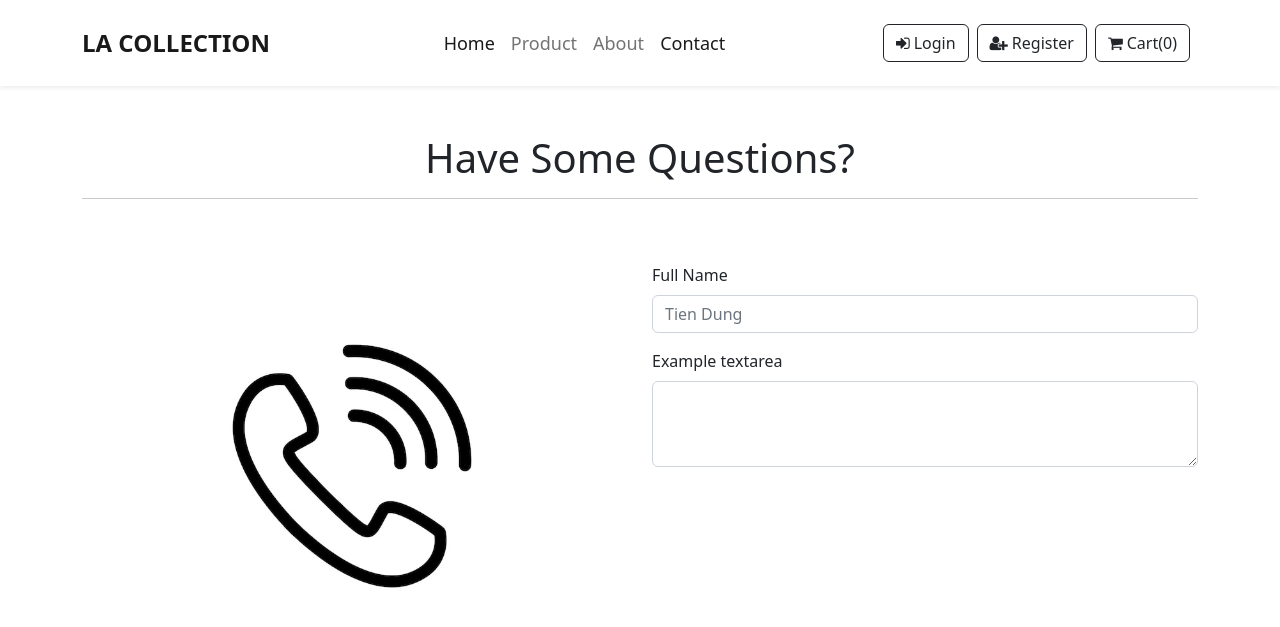
Repository: tiendungjr123/Ecommerce
Page: /contact
An editor plug-in stored every save of this project. The page is shown before and after the next save, followed by the edit.
The browser window is 1280 px wide. The pictures show the whole page.
The project was rebuilt for these pictures with package versions that can differ from the ones it lists, and the page was loaded fresh each time. Also part of the build but not shown: src/components/Products.jsx, src/components/Home.jsx, src/redux/action/index.js, src/components/ProductDetail.jsx, src/components/About.jsx.

Above is the page before, as saved 2022-10-04 11:02:20.

### src/index.js
import React from 'react';
import ReactDOM from 'react-dom/client';
import './index.css';
import App from './App';
import '../node_modules/bootstrap/dist/css/bootstrap.min.css';
import '../node_modules/font-awesome/css/font-awesome.min.css';
import 'react-loading-skeleton/dist/skeleton.css'
import { BrowserRouter } from 'react-router-dom';
import store from './redux/store';
import { Provider } from 'react-redux';
const root = ReactDOM.createRoot(document.getElementById('root'));
root.render(
   <BrowserRouter>
      <Provider store={store}>
         <App />
      </Provider>
   </BrowserRouter>
);

### src/index.css
body {
   margin: 0;
   font-family: -apple-system, BlinkMacSystemFont, "Segoe UI", "Roboto", "Oxygen", "Ubuntu", "Cantarell", "Fira Sans",
      "Droid Sans", "Helvetica Neue", sans-serif;
   -webkit-font-smoothing: antialiased;
   -moz-osx-font-smoothing: grayscale;
}

code {
   font-family: source-code-pro, Menlo, Monaco, Consolas, "Courier New", monospace;
}

### src/App.js
import './App.css';
import Home from './components/Home';
import Navbar from './components/Navbar';
import {Route,  Routes} from 'react-router-dom';
import Products from './components/Products';
import ProductDetail from './components/ProductDetail';
import About from './components/About';
import Contact from './components/Contact';
function App() {
   return (
      <>
         <Navbar/>
         <Routes>
            <Route exact path='/' element={<Home/>}/>
            <Route exact path='/products' element={<Products/>}/>
            <Route exact path='/products/:id' element={<ProductDetail/>}/>
            <Route exact path='/about' element={<About/>}/>
            <Route exact path='/contact' element={<Contact/>}/>
         </Routes>
      </>
   );
}

export default App;

### src/redux/store.js
import { createStore } from "redux";
import rootReducers from "./reducer";
const store = createStore(rootReducers);

export default store;

### src/App.css
/* Navbar css */

.navbar-nav a{
   font-size: 18px;
}

### src/components/Navbar.jsx
import React from 'react';
import { NavLink } from 'react-router-dom';
import { useSelector } from 'react-redux';
const Navbar = () => {
   const state = useSelector((state) => state.handleCart);
   return (
      <div>
         <nav className="navbar navbar-expand-lg bg-white py-3 shadow-sm">
            <div className="container">
               <NavLink className="navbar-brand fw-bold fs-4" to="/">LA COLLECTION</NavLink>
               <button className="navbar-toggler" type="button" data-bs-toggle="collapse" data-bs-target="#navbarSupportedContent" aria-controls="navbarSupportedContent" aria-expanded="false" aria-label="Toggle navigation">
                  <span className="navbar-toggler-icon"></span>
               </button>
               <div className="collapse navbar-collapse" id="navbarSupportedContent">
                  <ul className="navbar-nav mx-auto mb-2 mb-lg-0">
                     <li className="nav-item">
                        <NavLink className="nav-link active" aria-current="page" to="/">Home</NavLink>
                     </li>
                     <li className="nav-item">
                        <NavLink className="nav-link" to="/products">Product</NavLink>
                     </li>
                     <li className="nav-item">
                        <NavLink className="nav-link" to="/about">About</NavLink>
                     </li>
                     <li className="nav-item">
                        <NavLink className="nav-link" to="/contact">Contact</NavLink>
                     </li>
                  </ul>
                  <div className="buttons ">
                     <NavLink to="/login" className='btn btn-outline-dark'>
                        <i className='fa fa-sign-in me-1'></i>Login
                     </NavLink>
                     <NavLink to="/register" className='btn btn-outline-dark ms-2'>
                        <i className='fa fa-user-plus me-1'></i>Register
                     </NavLink>
                     <NavLink to="/cart" className='btn btn-outline-dark m-2'>
                        <i className='fa fa-shopping-cart me-1'></i>Cart({state.length})
                     </NavLink>
                  </div>
               </div>
            </div>
         </nav>
      </div>
   );
}

export default Navbar;

### src/components/Contact.jsx
import React from 'react';

const Contact = () => {
   return (
      <div>
         <div className="container">
            <div className="row">
               <div className="col-12 text-center py-4 my-4">
                  <h1>Have Some Questions?</h1>
                  <hr />
               </div>
            </div>
            <div className='row'>
               <div className="col-md 5 d-flex justify-content-center">
                  <img src="/assets/contact1.jpg" alt="Contact Us" height="400px" width="400px" />
               </div>
               <div className="col-md-6">
                  <form>
                     <div class="mb-3">
                        <label for="exampleForm" class="form-label">Full Name</label>
                        <input type="text" class="form-control" id="exampleForm" placeholder="Tien Dung" />
                     </div>
                     <div class="mb-3">
                        <label for="exampleFormControlTextarea1" class="form-label">Example textarea</label>
                        <textarea class="form-control" id="exampleFormControlTextarea1" rows="3"></textarea>
                     </div>
                  </form>
               </div>
            </div>
         </div>
      </div>
   );
}

export default Contact;

### src/redux/reducer/index.js
import handleCart from "./handleCart";
import { combineReducers } from "redux";

const rootReducers =  combineReducers({
   handleCart,
})

export default rootReducers;

### src/redux/reducer/handleCart.js
const cart = [];

const handleCart = (state = cart, action) => {
   const product = action.payload;
   switch (action.type) {
      case 'cart/addProduct':
         const exits = state.find((x) => x.id === product.id);
         if (exits) {
            return state.map((x) => x.id === product.id ? { ...x, qty: x.qty + 1 } : x)
         }else{
            const product = action.payload;
            return [
               ...state,
               {
                  ...product,
                  qty: 1,
               }
            ]
         }
         break;
      case 'cart/deleteProduct':
         const exits1 = state.find((x) => x.id === product.id);
         if(exits1.qty === 1){
            return state.filter((x) => x.id !== exits1.id)
         }
         else{
            return state.map((x) =>
               x.id === product.id ? {...x, qty: x.qty-1}:x
            );
         }
         break;
      default:
         return state;
   }
}

export default handleCart;

Loaded but not shown: public/index.html (common file)

After the next save:
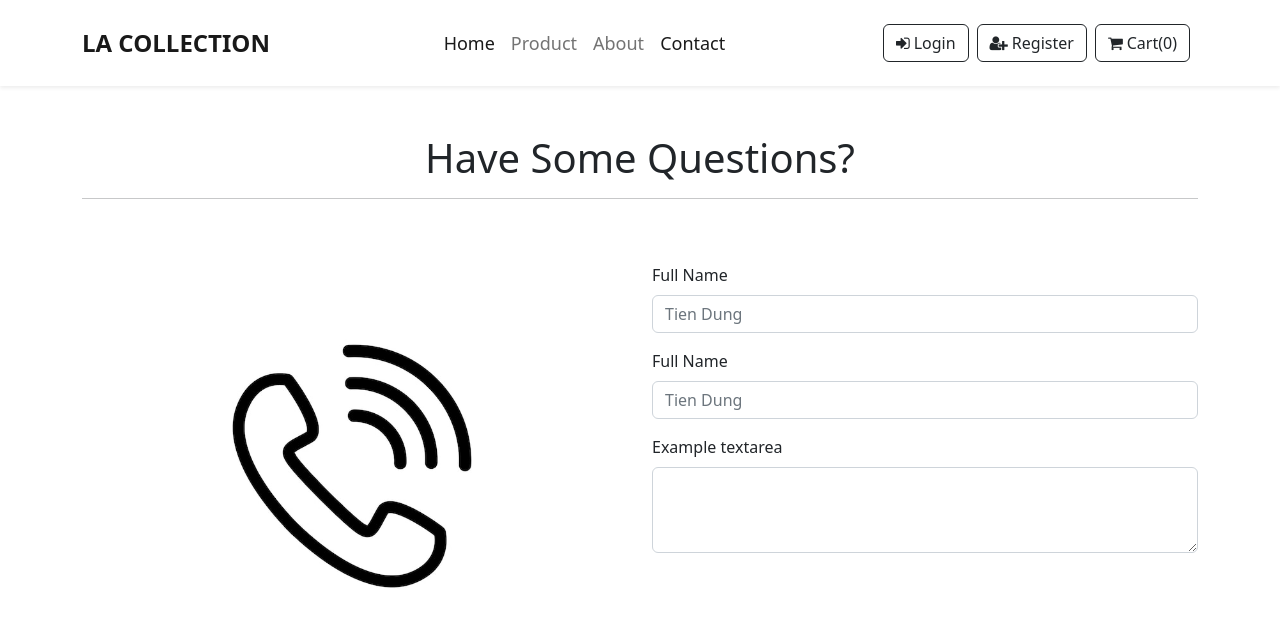
Saved 12 s later.
--- a/src/components/Contact.jsx
+++ b/src/components/Contact.jsx
@@ -21,6 +21,10 @@ const Contact = () => {
                         <input type="text" class="form-control" id="exampleForm" placeholder="Tien Dung" />
                      </div>
                      <div class="mb-3">
+                        <label for="exampleForm" class="form-label">Full Name</label>
+                        <input type="text" class="form-control" id="exampleForm" placeholder="Tien Dung" />
+                     </div>
+                     <div class="mb-3">
                         <label for="exampleFormControlTextarea1" class="form-label">Example textarea</label>
                         <textarea class="form-control" id="exampleFormControlTextarea1" rows="3"></textarea>
                      </div>
